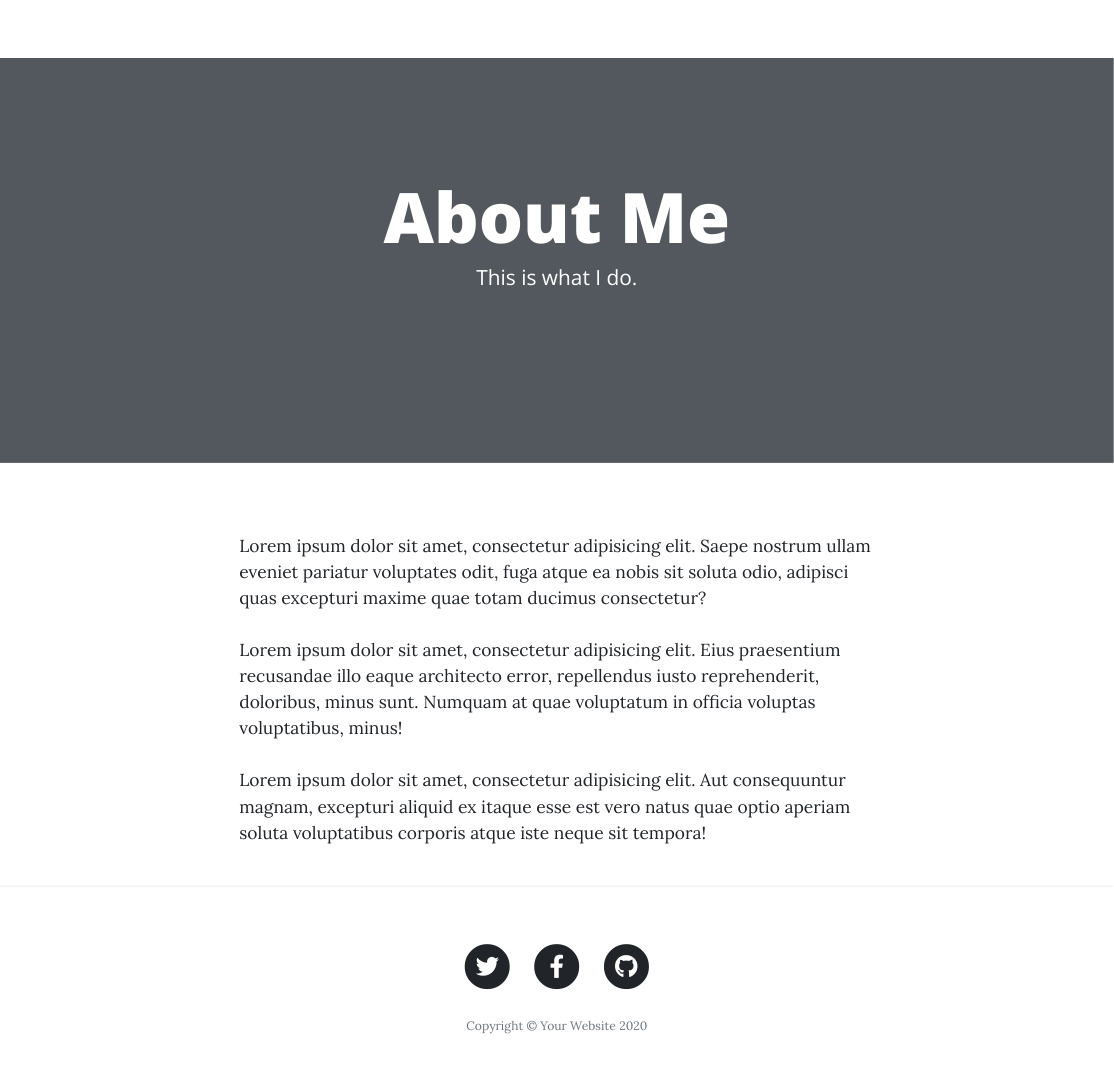
Repository: NomanMustafa/laravel-blog
Page: http://localhost/about
These files come from the project's save history. The page is drawn as it stood at one moment and after the next save; the edit follows.
The browser window is 1280 px wide. The pictures show the whole page, at 87% of full size.
The page is served by the project's Laravel application, run on PHP 8.4 with Laravel 8. Other server files are loaded and not shown.

Above is the page before, as saved 2020-07-04 17:42:17.

### routes/web.php
<?php

use Illuminate\Support\Facades\Route;

/*
|--------------------------------------------------------------------------
| Web Routes
|--------------------------------------------------------------------------
|
| Here is where you can register web routes for your application. These
| routes are loaded by the RouteServiceProvider within a group which
| contains the "web" middleware group. Now create something great!
|
 */

// Route::get('/', function () {
//     return view('welcome');
// });
Route::get('/', 'PublicControler@index');
Route::get('post/{id}', 'PublicControler@singlePost');
Route::get('/about', 'PublicControler@about');
Route::get('/contect', 'PublicControler@contect');
Route::post('/contect', 'PublicControler@contectPost');

### app/Http/Controllers/PublicControler.php
<?php

namespace App\Http\Controllers;

class PublicControler extends Controller
{
    public function index()
    {
        return view('welcome');
    }
    public function singlePost()
    {
        return view('singlePost');
    }
    public function about()
    {
        return view('about');
    }
    public function contect()
    {
        return view('contect');
    }
    public function contectPost()
    {

    }
}

### resources/views/about.blade.php
@extends('layouts.master')
@section('content')

  <!-- Page Header -->
  <header class="masthead" style="background-image: url('img/about-bg.jpg')">
    <div class="overlay"></div>
    <div class="container">
      <div class="row">
        <div class="col-lg-8 col-md-10 mx-auto">
          <div class="page-heading">
            <h1>About Me</h1>
            <span class="subheading">This is what I do.</span>
          </div>
        </div>
      </div>
    </div>
  </header>

  <!-- Main Content -->
  <div class="container">
    <div class="row">
      <div class="col-lg-8 col-md-10 mx-auto">
        <p>Lorem ipsum dolor sit amet, consectetur adipisicing elit. Saepe nostrum ullam eveniet pariatur voluptates odit, fuga atque ea nobis sit soluta odio, adipisci quas excepturi maxime quae totam ducimus consectetur?</p>
        <p>Lorem ipsum dolor sit amet, consectetur adipisicing elit. Eius praesentium recusandae illo eaque architecto error, repellendus iusto reprehenderit, doloribus, minus sunt. Numquam at quae voluptatum in officia voluptas voluptatibus, minus!</p>
        <p>Lorem ipsum dolor sit amet, consectetur adipisicing elit. Aut consequuntur magnam, excepturi aliquid ex itaque esse est vero natus quae optio aperiam soluta voluptatibus corporis atque iste neque sit tempora!</p>
      </div>
    </div>
  </div>

 @endsection

### resources/views/layouts/master.blade.php
<!DOCTYPE html>
<html lang="en">

<head>

  <meta charset="utf-8">
  <meta name="viewport" content="width=device-width, initial-scale=1, shrink-to-fit=no">
  <meta name="description" content="">
  <meta name="author" content="">

  <title>Clean Blog - Start Bootstrap Theme</title>

  <!-- Bootstrap core CSS -->
  <link href="{{ asset('assets/vendor/bootstrap/css/bootstrap.min.css') }}" rel="stylesheet">

  <!-- Custom fonts for this template -->
  <link href="{{ asset('assets/vendor/fontawesome-free/css/all.min.css') }}" rel="stylesheet" type="text/css">
  <link href='https://fonts.googleapis.com/css?family=Lora:400,700,400italic,700italic' rel='stylesheet' type='text/css'>
  <link href='https://fonts.googleapis.com/css?family=Open+Sans:300italic,400italic,600italic,700italic,800italic,400,300,600,700,800' rel='stylesheet' type='text/css'>

  <!-- Custom styles for this template -->
  <link href="{{ asset('assets/css/clean-blog.min.css') }}" rel="stylesheet">

</head>

<body>

  <!-- Navigation -->
  <nav class="navbar navbar-expand-lg navbar-light fixed-top" id="mainNav">
    <div class="container">
      <a class="navbar-brand" href="index.html">Start Bootstrap</a>
      <button class="navbar-toggler navbar-toggler-right" type="button" data-toggle="collapse" data-target="#navbarResponsive" aria-controls="navbarResponsive" aria-expanded="false" aria-label="Toggle navigation">
        Menu
        <i class="fas fa-bars"></i>
      </button>
      <div class="collapse navbar-collapse" id="navbarResponsive">
        <ul class="navbar-nav ml-auto">
          <li class="nav-item">
            <a class="nav-link" href="index.html">Home</a>
          </li>
          <li class="nav-item">
            <a class="nav-link" href="about.html">About</a>
          </li>
          <li class="nav-item">
            <a class="nav-link" href="post.html">Sample Post</a>
          </li>
          <li class="nav-item">
            <a class="nav-link" href="contact.html">Contact</a>
          </li>
        </ul>
      </div>
    </div>
  </nav>

  <!-- Page Header -->
@yield('content')

  <hr>

  <!-- Footer -->
  <footer>
    <div class="container">
      <div class="row">
        <div class="col-lg-8 col-md-10 mx-auto">
          <ul class="list-inline text-center">
            <li class="list-inline-item">
              <a href="#">
                <span class="fa-stack fa-lg">
                  <i class="fas fa-circle fa-stack-2x"></i>
                  <i class="fab fa-twitter fa-stack-1x fa-inverse"></i>
                </span>
              </a>
            </li>
            <li class="list-inline-item">
              <a href="#">
                <span class="fa-stack fa-lg">
                  <i class="fas fa-circle fa-stack-2x"></i>
                  <i class="fab fa-facebook-f fa-stack-1x fa-inverse"></i>
                </span>
              </a>
            </li>
            <li class="list-inline-item">
              <a href="#">
                <span class="fa-stack fa-lg">
                  <i class="fas fa-circle fa-stack-2x"></i>
                  <i class="fab fa-github fa-stack-1x fa-inverse"></i>
                </span>
              </a>
            </li>
          </ul>
          <p class="copyright text-muted">Copyright &copy; Your Website 2020</p>
        </div>
      </div>
    </div>
  </footer>

  <!-- Bootstrap core JavaScript -->
  <script src="{{ asset('assets/vendor/jquery/jquery.min.js') }}"></script>
  <script src="{{ asset('assets/vendor/bootstrap/js/bootstrap.bundle.min.js') }}"></script>

  <!-- Custom scripts for this template -->
  <script src="{{ asset('assets/js/clean-blog.min.js') }}"></script>

</body>

</html>

Loaded but not shown: app/Providers/AppServiceProvider.php (common file); app/Http/Controllers/Controller.php (common file); public/assets/css/clean-blog.min.css (library); public/assets/js/clean-blog.min.js (common file)

After the next save:
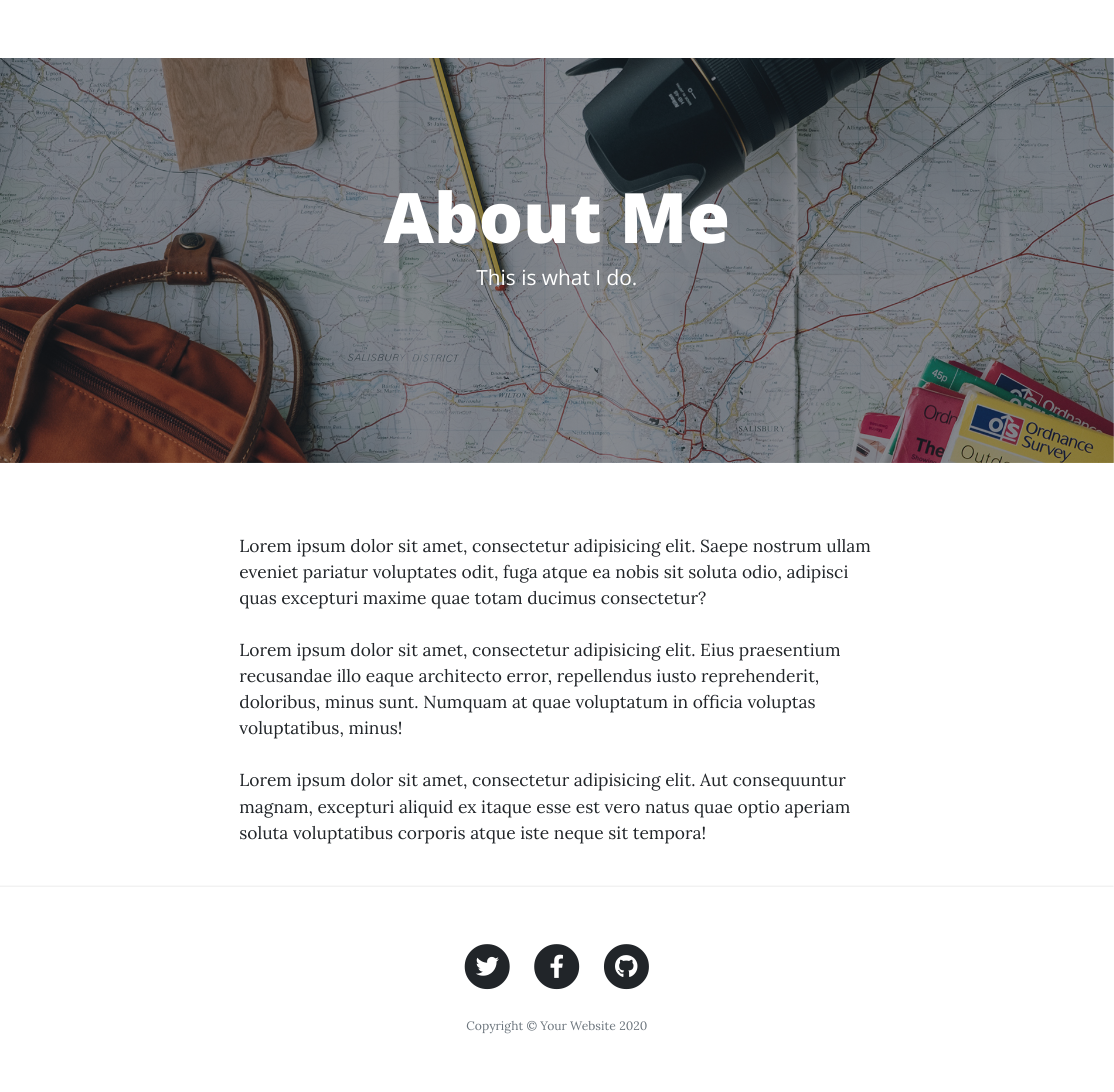
Saved 46 s later.
--- a/resources/views/about.blade.php
+++ b/resources/views/about.blade.php
@@ -2,7 +2,7 @@
 @section('content')
 
   <!-- Page Header -->
-  <header class="masthead" style="background-image: url('img/about-bg.jpg')">
+  <header class="masthead" style="background-image: url('{{ asset('assets/img/about-bg.jpg') }}')">
     <div class="overlay"></div>
     <div class="container">
       <div class="row">
